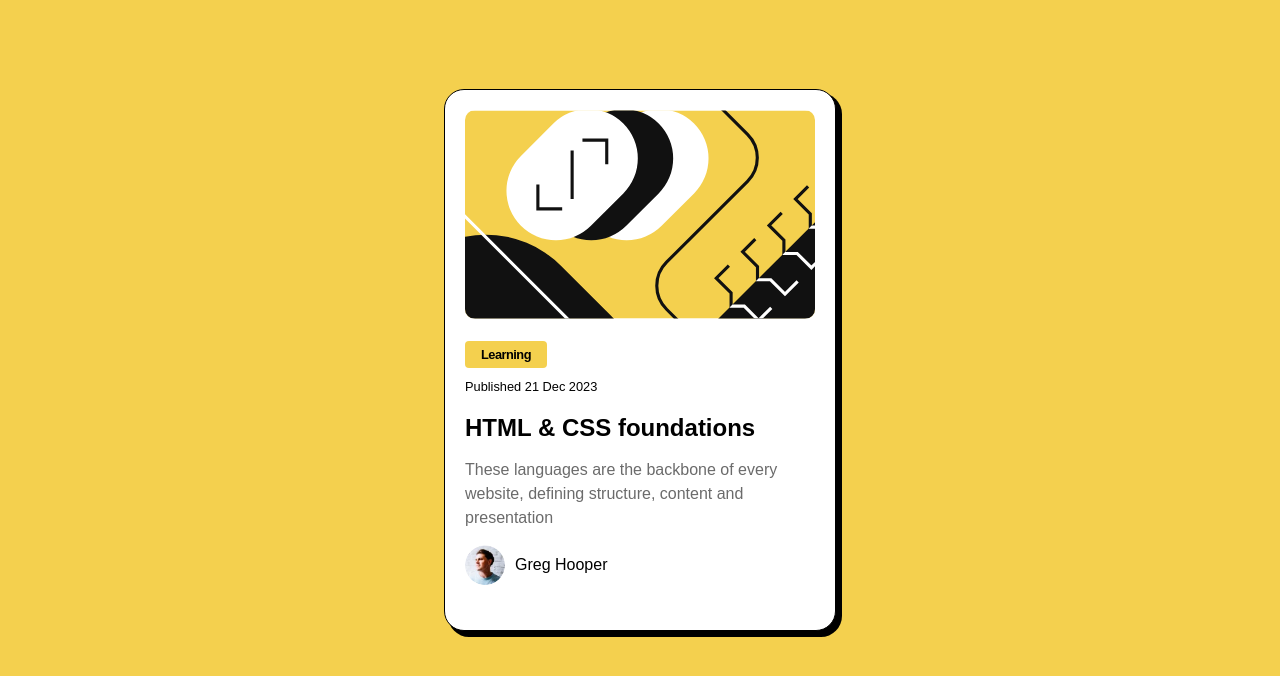
Repository: brandontaylor1/blogpreviewcard
Page: index.html
These files come from the project's save history. The page is drawn as it stood at one moment and after the next save; the edit follows.
The browser window is 1280 px wide. The pictures show the whole page.

Above is the page before, as saved 2024-12-25 11:52:21.

After the next save:
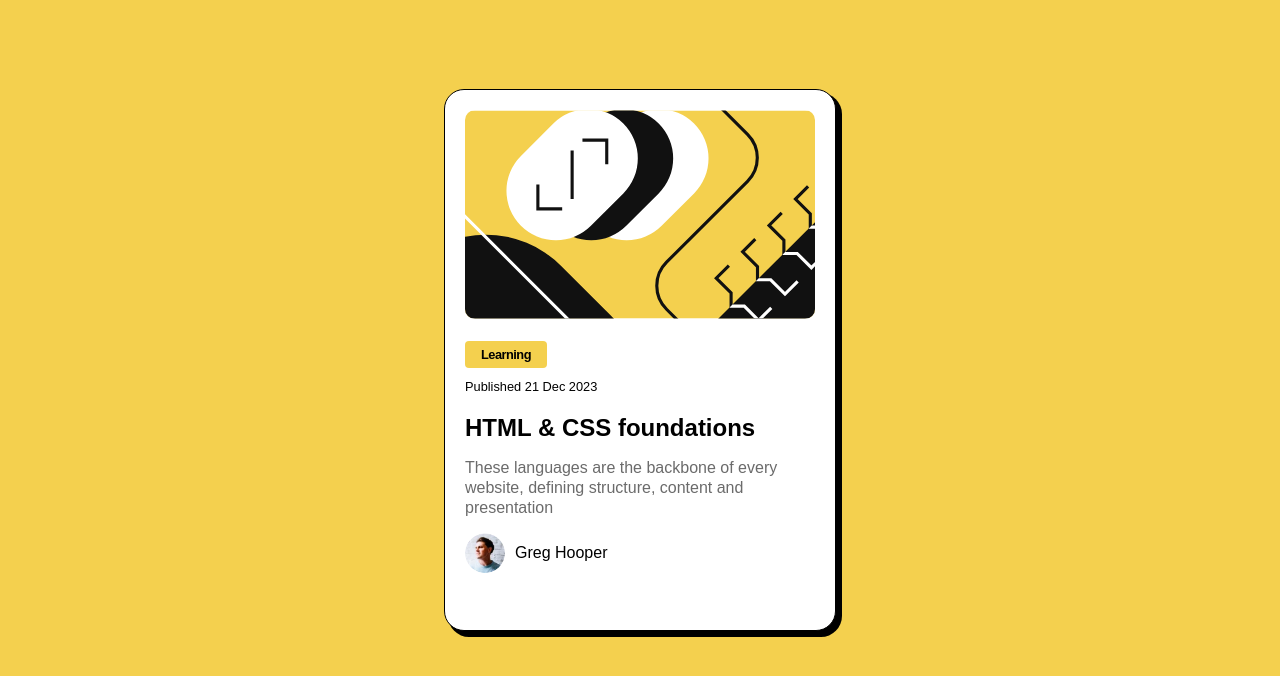
Saved 7 s later.
--- a/index.css
+++ b/index.css
@@ -83,7 +83,7 @@
 
 .card-content-text h3 {
     font-size: 1rem;
-    line-height: 1.5;
+    line-height: 1.25;
     font-family: var(--main-font-family);
     font-weight: var(--main-font-weight-reg);
     color: var(--primary-gray-reg);

After the save that followed:
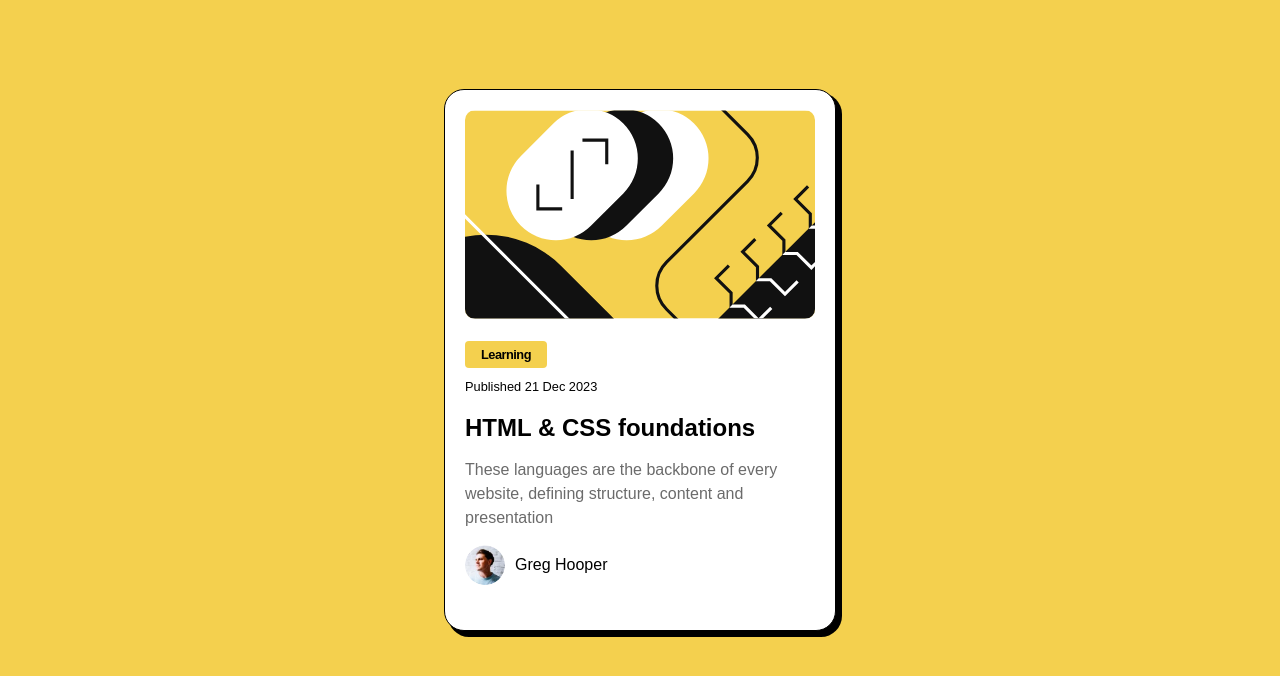
Saved 4 s later.
--- a/index.css
+++ b/index.css
@@ -83,7 +83,7 @@
 
 .card-content-text h3 {
     font-size: 1rem;
-    line-height: 1.25;
+    line-height: 1.5;
     font-family: var(--main-font-family);
     font-weight: var(--main-font-weight-reg);
     color: var(--primary-gray-reg);
